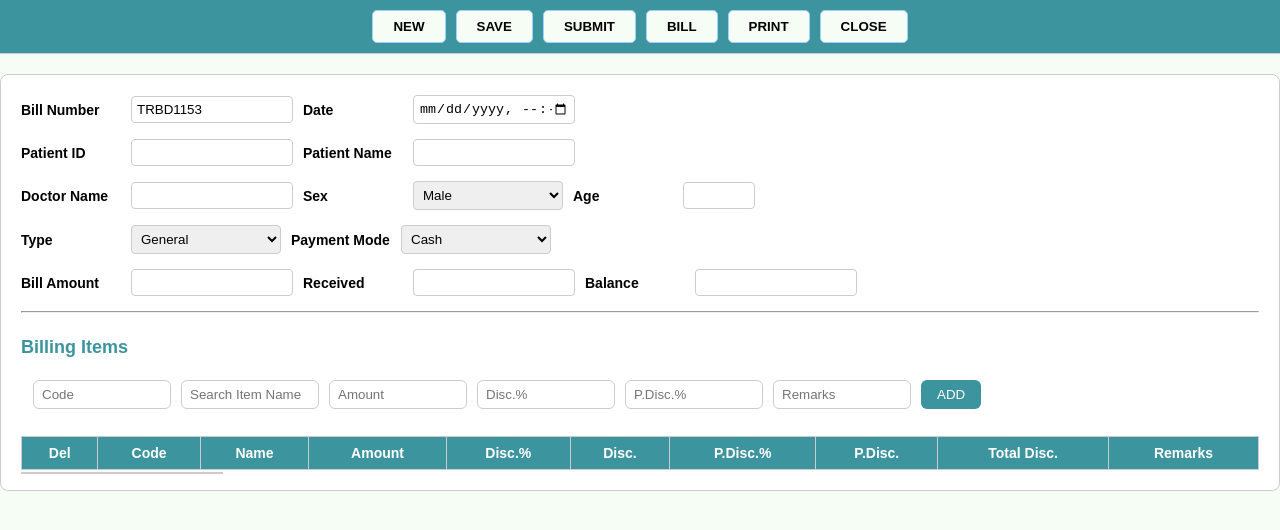
Repository: NAGENDRAN0/New
Page: http://localhost/billing
An editor plug-in stored every save of this project. The page is shown before and after the next save, followed by the edit.
The browser window is 1280 px wide. The pictures show the whole page.
The page is this project's Thymeleaf template; nobody is signed in. The template is opened directly, without the code that normally fills it, so the values that code supplies are empty.

Above is the page before, as saved 2025-05-15 07:20:19.

### Documents/workspace-spring-tool-suite-4-4.25.0.RELEASE/HMS/src/main/resources/templates/billing.html
<!DOCTYPE html>
<html lang="en">
  <head>
    <meta charset="UTF-8" />
    <title>Billing Page</title>
	<link rel="stylesheet" href="/css/Billing.css" />
	<style>
		.suggestion-list {
		  position: absolute;
		  background-color: #ffffff; /* Background */
		  border: 1px solid #ccc;
		  width: 200px;
		  max-height: 150px;
		  overflow-y: auto;
		  list-style-type: none;
		  padding: 0;
		  margin-top: 2px;
		  z-index: 1000;
		}

		.suggestion-list li {
		  padding: 8px;
		  cursor: pointer;
		  color: #333;
		}

		.suggestion-list li:hover {
		  background-color: #3C949E; /* Your primary color */
		  color: #fff;
		}

	</style>

  </head>
  <body>
    <div class="toolbar">
      <button>NEW</button>
      <button>SAVE</button>
      <button>SUBMIT</button>
      <button>BILL</button>
      <button>PRINT</button>
	  <a href="/">
      <button>CLOSE</button></a>
    </div>

    <div class="billing-form">
      <!-- Patient and Bill Info -->
      <div class="form-row">
        <label>Bill Number</label
        ><input type="text" id="billNumber" value="TRBD1153" />
        <label>Date</label><input type="datetime-local" id="billDate" />
      </div>

      <div class="form-row">
        <label>Patient ID</label><input type="text" id="patientId" />
        <label>Patient Name</label><input type="text" id="patientName" />
      </div>

      <div class="form-row">
        <label>Doctor Name</label><input type="text" id="doctorName" />
        <label>Sex</label>
        <select id="sex">
          <option>Male</option>
          <option>Female</option>
          <option>Other</option>
        </select>
        <label>Age</label><input type="number" id="age" style="width: 60px" />
      </div>

      <div class="form-row">
        <label>Type</label>
        <select id="type">
          <option>General</option>
          <option>Emergency</option>
        </select>
        <label>Payment Mode</label>
        <select id="paymentMode">
          <option>Cash</option>
          <option>Credit</option>
          <option>Card</option>
        </select>
      </div>

      <div class="form-row">
        <label>Bill Amount</label
        ><input type="number" id="billAmount" readonly /> <label>Received</label
        ><input type="number" id="receivedAmount" /> <label>Balance</label
        ><input type="number" id="balanceAmount" readonly />
      </div>

      <hr />

      <!-- Add Billing Items -->
     <!-- Modern Billing Item Entry -->
<!-- Horizontal Billing Item Entry -->
<!-- Horizontal Billing Item Entry -->
<h4 class="section-header">Billing Items</h4>
<div class="item-entry-horizontal">
  <input type="text" placeholder="Code" id="itemcode">
<input type="text" id="itemname" placeholder="Search Item Name" autocomplete="off" />
<input type="number" placeholder="Amount" id="fee">
  <input type="number" placeholder="Disc.%" id="itemDisc">
  <input type="number" placeholder="P.Disc.%" id="itemPDisc">
  <input type="text" placeholder="Remarks" id="remarks">
  <button onclick="addItem()">ADD</button>
</div>

<!-- Billing Items Table -->
<table class="item-table modern">
  <thead>
    <tr>
      <th>Del</th>
      <th>Code</th>
      <th>Name</th>
      <th>Amount</th>
      <th>Disc.%</th>
      <th>Disc.</th>
      <th>P.Disc.%</th>
      <th>P.Disc.</th>
      <th>Total Disc.</th>
      <th>Remarks</th>
    </tr>
  </thead>
  <tbody></tbody>
</table>



<!--    <script>
      function addItem() {
        const code = document.getElementById("itemCode").value;
        const name = document.getElementById("itemName").value;
        const amount =
          parseFloat(document.getElementById("itemAmount").value) || 0;
        const disc = parseFloat(document.getElementById("itemDisc").value) || 0;
        const pdisc =
          parseFloat(document.getElementById("itemPDisc").value) || 0;
        const remarks = document.getElementById("itemRemarks").value;

        const discAmt = (amount * disc) / 100;
        const pdiscAmt = (amount * pdisc) / 100;
        const totalDisc = discAmt + pdiscAmt;

        const table = document.querySelector(".item-table tbody");
        const row = table.insertRow();
        row.innerHTML = `
      <td><button onclick="removeRow(this)">Del</button></td>
      <td>${code}</td>
      <td>${name}</td>
      <td>${amount.toFixed(2)}</td>
      <td>${disc}</td>
      <td>${discAmt.toFixed(2)}</td>
      <td>${pdisc}</td>
      <td>${pdiscAmt.toFixed(2)}</td>
      <td>${totalDisc.toFixed(2)}</td>
      <td></td>
      <td></td>
      <td>${remarks}</td>
    `;

        updateBillAmount();
        clearItemFields();
      }

      function removeRow(btn) {
        btn.closest("tr").remove();
        updateBillAmount();
      }

      function updateBillAmount() {
        const rows = document.querySelectorAll(".item-table tbody tr");
        let total = 0;
        rows.forEach((row) => {
          const amount = parseFloat(row.cells[3].innerText) || 0;
          total += amount;
        });
        document.getElementById("billAmount").value = total.toFixed(2);

        const received =
          parseFloat(document.getElementById("receivedAmount").value) || 0;
        document.getElementById("balanceAmount").value = (
          total - received
        ).toFixed(2);
      }

      document
        .getElementById("receivedAmount")
        .addEventListener("input", updateBillAmount);

      function clearItemFields() {
        [
          "itemCode",
          "itemName",
          "itemAmount",
          "itemDisc",
          "itemPDisc",
          "itemRemarks",
        ].forEach((id) => {
          document.getElementById(id).value = "";
        });
      }

      // Set default date
      document.getElementById("billDate").value = new Date()
        .toISOString()
        .slice(0, 16);
    </script> -->
	<script src="https://code.jquery.com/jquery-3.6.0.min.js"></script>

	<script>
	  $(document).ready(function () {
	    $("#itemname").on("input", function () {
	      let query = $(this).val();

	      if (query.length >= 2) {
	        $.ajax({
	          url: "/master/search",
	          data: { query: query },
	          success: function (items) {
	            let datalist = $("#itemList");
	            datalist.empty();
	            items.forEach(item => {
	              datalist.append(`<option data-code="${item.itemcode}"
	                                      data-fee="${item.fee}"
	                                      data-remarks="${item.remarks}"
	                                      value="${item.itemname}"></option>`);
	            });
	          }
	        });
	      }
	    });

	    // Autofill when an item is selected
	    $("#itemname").on("change", function () {
	      let val = this.value;
	      let option = $("#itemList option").filter(function () {
	        return this.value === val;
	      });

	      if (option.length > 0) {
	        $("#itemcode").val(option.data("code"));
	        $("#Fee").val(option.data("fee"));
	        $("#remarks").val(option.data("remarks"));
	      }
	    });
	  });



	  $(document).ready(function () {
	    $("#itemname").on("input", function () {
	      let query = $(this).val();
	      if (query.length >= 2) {
	        $.ajax({
	          url: "/master/search",
	          data: { query: query },
	          success: function (items) {
	            let list = $("#suggestionList");
	            list.empty();
	            if (items.length === 0) {
	              list.hide();
	              return;
	            }
	            items.forEach(item => {
	              list.append(`<li data-code="${item.itemcode}" data-fee="${item.fee}" data-remarks="${item.remarks}">
	                ${item.itemname}
	              </li>`);
	            });
	            list.show();
	          }
	        });
	      } else {
	        $("#suggestionList").hide();
	      }
	    });

	    // When item selected
	    $(document).on("click", "#suggestionList li", function () {
	      let name = $(this).text();
	      let code = $(this).data("code");
	      let fee = $(this).data("fee");
	      let remarks = $(this).data("remarks");

	      $("#itemname").val(name);
	      $("#itemcode").val(code);
	      $("#itemAmount").val(fee);
	      $("#itemRemarks").val(remarks);
	      $("#suggestionList").hide();
	    });

	    // Hide dropdown on click outside
	    $(document).on("click", function (e) {
	      if (!$(e.target).closest("#itemSearch, #suggestionList").length) {
	        $("#suggestionList").hide();
	      }
	    });
	  });

	</script>

<ul id="suggestionList" class="suggestion-list"></ul>
  </body>
</html>

### Documents/workspace-spring-tool-suite-4-4.25.0.RELEASE/HMS/src/main/resources/static/css/Billing.css
body {
  font-family: Arial, sans-serif;
  margin: 0;
  padding: 0;
  background-color: #f5fdf4;
}

.toolbar {
  display: flex;
  justify-content: center;
  gap: 10px;
  background-color: #3c949e;
  padding: 10px;
  border-bottom: 1px solid #ccc;
}

.toolbar button {
  padding: 8px 20px;
  background-color: #f5fdf4;
  border: 1px solid #a1cfff;
  border-radius: 5px;
  cursor: pointer;
  font-weight: 600;
}

.billing-form {
  max-width: 1400px;
  margin: 20px auto;
  padding: 20px;
  background-color: #fff;
  border: 1px solid #ccc;
  border-radius: 8px;
}

.form-row {
  display: flex;
  flex-wrap: wrap;
  gap: 10px;
  margin-bottom: 15px;
  align-items: center;
}

.form-row label {
  min-width: 100px;
  font-size: 14px;
  font-weight: bold;
}

.form-row input[type="text"],
.form-row input[type="number"],
.form-row input[type="datetime-local"],
.form-row select {
  padding: 5px;
  width: 150px;
  border: 1px solid #ccc;
  border-radius: 4px;
}

.form-row button {
  background-color: #00bfff;
  color: white;
  padding: 6px 15px;
  border: none;
  border-radius: 4px;
  cursor: pointer;
}

.side-options {
  float: right;
  width: 300px;
  padding: 20px;
  border-left: 1px solid #ccc;
}

.side-options fieldset {
  margin-bottom: 15px;
  padding: 10px;
  border: 1px solid #ccc;
}

.side-options label {
  display: block;
  margin-bottom: 5px;
}

.side-options input[type="text"] {
  width: 100%;
  padding: 5px;
  margin-top: 5px;
  border: 1px solid #ccc;
  border-radius: 4px;
}

.side-options table {
  width: 100%;
  border-collapse: collapse;
  margin-top: 10px;
}

.side-options table th,
.side-options table td {
  border: 1px solid #ccc;
  padding: 8px;
  text-align: left;
}

.item-table {
  width: 100%;
  border-collapse: collapse;
  margin-top: 20px;
}

.item-table th,
.item-table td {
  border: 1px solid #ccc;
  padding: 8px;
  font-size: 14px;
  text-align: center;
}

.billing-items {
  margin-top: 30px;
  padding: 20px;
  border: 1px solid #ddd;
  border-radius: 12px;
  background-color: #fafafa;
}

.item-entry {
  display: flex;
  flex-wrap: wrap;
  gap: 16px;
  margin-bottom: 20px;
}

.item-field {
  display: flex;
  flex-direction: column;
  width: calc(33% - 16px);
}

.item-field.full-width {
  width: 100%;
  margin-top: 10px;
}

.item-field label {
  font-weight: 600;
  margin-bottom: 5px;
}

.add-button {
  padding: 8px 16px;
  background-color: #0078d4;
  color: #fff;
  border: none;
  border-radius: 6px;
  cursor: pointer;
}

.add-button:hover {
  background-color: #005fa3;
}

.item-table.modern {
  width: 100%;
  border-collapse: collapse;
  margin-top: 10px;
}

.item-table.modern th,
.item-table.modern td {
  border: 1px solid #ccc;
  padding: 8px 10px;
  text-align: center;
}

.item-table.modern th {
  background-color: #f3f3f3;
}

.item-entry-horizontal {
  display: flex;
  gap: 10px;
  align-items: center;
  margin-bottom: 10px;
  flex-wrap: wrap;
}

.item-entry-horizontal input {
  padding: 6px;
  border: 1px solid #ccc;
  border-radius: 6px;
  width: 130px;
}

.item-entry-horizontal button {
  padding: 7px 16px;
  background-color: #0078d4;
  color: white;
  border: none;
  border-radius: 6px;
  cursor: pointer;
}

.item-entry-horizontal button:hover {
  background-color: #005fa3;
}
.section-header {
  color: #3c949e;
  font-size: 18px;
  margin-bottom: 10px;
}

.item-entry-horizontal {
  display: flex;
  gap: 10px;
  align-items: center;
  margin-bottom: 15px;
  flex-wrap: wrap;

  padding: 12px;
  border-radius: 8px;
}

.item-entry-horizontal input {
  padding: 6px 8px;
  border: 1px solid #ccc;
  border-radius: 6px;
  width: 120px;
  background-color: white;
}

.item-entry-horizontal button {
  padding: 7px 16px;
  background-color: #3c949e;
  color: white;
  border: none;
  border-radius: 6px;
  cursor: pointer;
}

.item-entry-horizontal button:hover {
  background-color: #327f89;
}

.item-table.modern {
  width: 100%;
  border-collapse: collapse;
  margin-top: 10px;
}

.item-table.modern th {
  background-color: #3c949e;
  color: white;
  padding: 8px;
  border: 1px solid #ccc;
}

.item-table.modern td {
  padding: 8px;
  text-align: center;
  border: 1px solid #ccc;
  background-color: #f5fdf4;
}

After the next save:
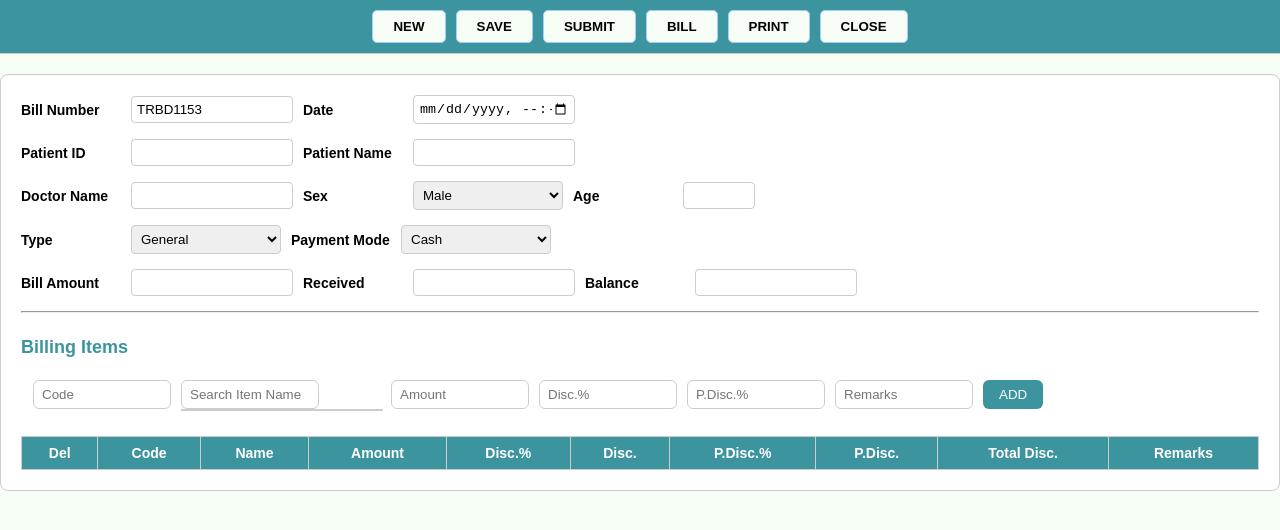
Saved 2 min 53 s later.
--- a/Documents/workspace-spring-tool-suite-4-4.25.0.RELEASE/HMS/src/main/resources/templates/billing.html
+++ b/Documents/workspace-spring-tool-suite-4-4.25.0.RELEASE/HMS/src/main/resources/templates/billing.html
@@ -28,6 +28,26 @@
 		  background-color: #3C949E; /* Your primary color */
 		  color: #fff;
 		}
+		.dropdown-container {
+		  position: relative;
+		  display: inline-block;
+		  width: 200px;
+		}
+
+		.suggestion-list {
+		  position: absolute;
+		  top: 100%;
+		  left: 0;
+		  width: 100%;
+		  background-color: #ffffff;
+		  border: 1px solid #ccc;
+		  max-height: 150px;
+		  overflow-y: auto;
+		  list-style-type: none;
+		  padding: 0;
+		  margin: 0;
+		  z-index: 1000;
+		}
 
 	</style>
 
@@ -97,7 +117,10 @@
 <h4 class="section-header">Billing Items</h4>
 <div class="item-entry-horizontal">
   <input type="text" placeholder="Code" id="itemcode">
-<input type="text" id="itemname" placeholder="Search Item Name" autocomplete="off" />
+  <div class="dropdown-container">
+    <input type="text" id="itemname" placeholder="Search Item Name" autocomplete="off" />
+    <ul id="suggestionList" class="suggestion-list"></ul>
+  </div>
 <input type="number" placeholder="Amount" id="fee">
   <input type="number" placeholder="Disc.%" id="itemDisc">
   <input type="number" placeholder="P.Disc.%" id="itemPDisc">
@@ -239,7 +262,7 @@
 
 	      if (option.length > 0) {
 	        $("#itemcode").val(option.data("code"));
-	        $("#Fee").val(option.data("fee"));
+	        $("#fee").val(option.data("fee"));
 	        $("#remarks").val(option.data("remarks"));
 	      }
 	    });
@@ -283,21 +306,21 @@
 
 	      $("#itemname").val(name);
 	      $("#itemcode").val(code);
-	      $("#itemAmount").val(fee);
-	      $("#itemRemarks").val(remarks);
+	      $("#fee").val(fee);
+	      $("#remarks").val(remarks);
 	      $("#suggestionList").hide();
 	    });
 
 	    // Hide dropdown on click outside
 	    $(document).on("click", function (e) {
-	      if (!$(e.target).closest("#itemSearch, #suggestionList").length) {
+	      if (!$(e.target).closest("#itemname, #suggestionList").length) {
 	        $("#suggestionList").hide();
 	      }
 	    });
 	  });
+	  $("#itemname").val(name.trim());
 
 	</script>
 
-<ul id="suggestionList" class="suggestion-list"></ul>
   </body>
 </html>
